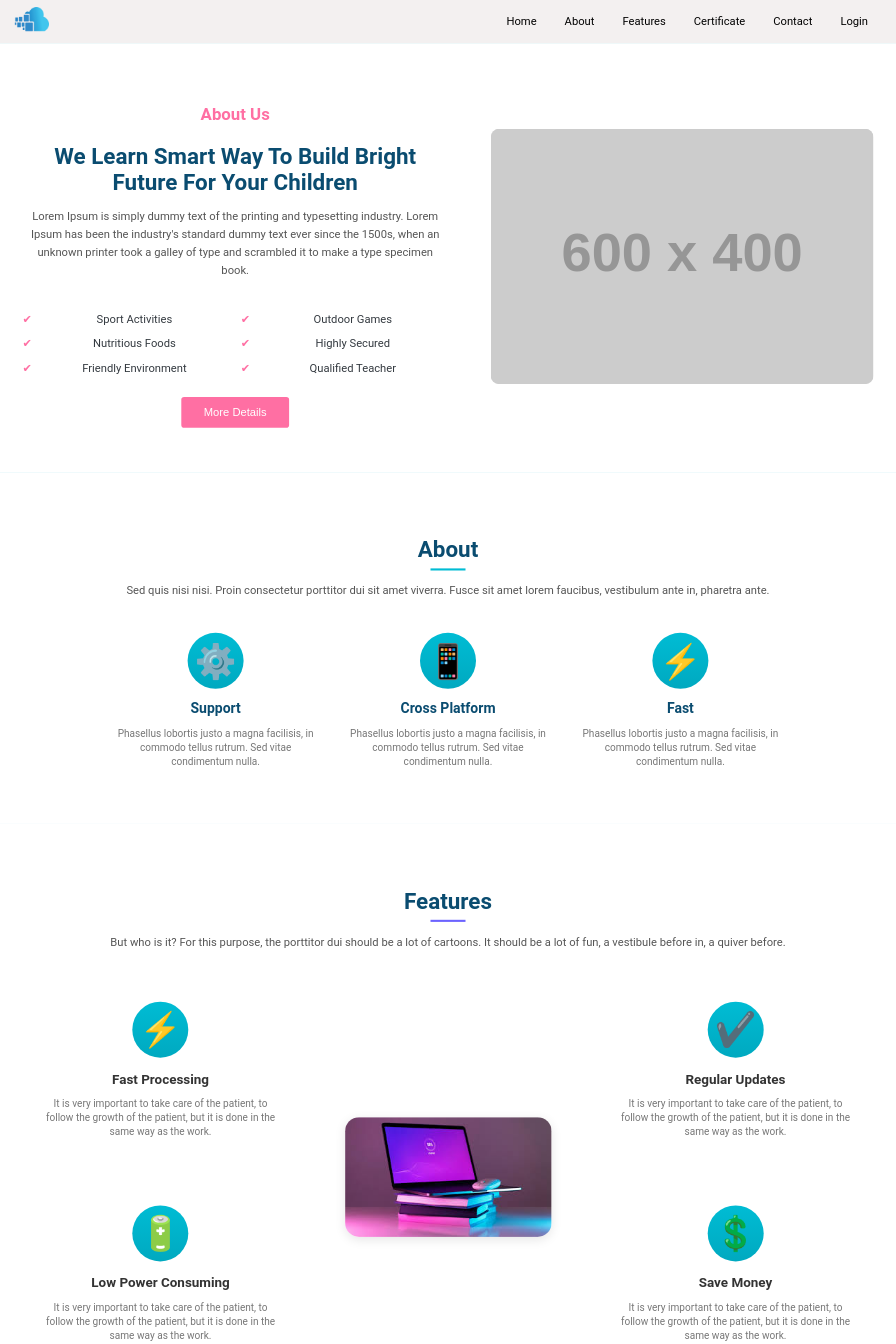
Repository: gautamsonam011/Institute
Page: /
The author's editor kept a copy of each file at every save. The page is drawn from the files as they stood at one save, then again after the next save.
The browser window is 1280 px wide. The pictures show the part of the page from y = 0 to 1920 px (the page is 3549 px tall before and 3497 px after), at 70% of full size.
The project was rebuilt for these pictures with package versions that can differ from the ones it lists, and the page was loaded fresh each time. Also part of the build but not shown: vite.config.js, src/Header.jsx, src/Sidebar.jsx, src/Home.jsx, src/students/Addstudent.jsx, src/students/allstudent.css, src/students/Allstudents.jsx, src/Fee management/feehead.css and 9 more.

Above is the page before, as saved 2024-11-28 10:45:41.

### src/components/Last.jsx
import React from 'react'
import Navbar from './Navbar';
import Main from './Main';
import About from './About';
import Features from './Features';
import Team from './Team';
import Contact from './Contact'
import Footer from './Footer';

const Last = () => {
  return (
    <div>
      <Navbar/>
      <Main/>
      <About/>
      <Features/>
      <Team/>
      <Contact/>
      <Footer/>
    </div>
  )
}

export default Last

### src/students/addstudent.css
.form-container {
    width: 96%;
    margin: auto;
    padding: 20px;
    border: 1px solid #ccc;
    border-radius: 10px;
    background-color: #e0f7fa;
    box-shadow: 0 4px 10px rgba(0, 0, 0, 0.1);
  }

  h2 {
    color: #047d8d;
    text-align: center;
    margin-bottom: 20px;
    font-size: 1.5rem;
  }

  .form-group {
    margin-bottom: 20px;
  }

  label {
    display: block;
    font-weight: bold;
    color: #047d8d;
    margin-bottom: 5px;
  }

  input, select, textarea {
    width: 98%;
    padding: 12px;
    margin-top: 5px;
    border: 1px solid #b0bec5;
    border-radius: 4px;
    font-size: 1rem;
    transition: border-color 0.3s;
  }

  input:focus, select:focus, textarea:focus {
    border-color: #047d8d;
    outline: none;
  }

  button {
    padding: 10px 20px;
    background-color: #047d8d;
    color: white;
    border: none;
    cursor: pointer;
    font-size: 16px;
  }

  button:active {
    background-color: #64bdc9;;
  }

### src/components/Main.jsx
import React from "react";
import "./main.css";

const AboutSection = () => {
  return (
    <div className="about-section">
      <div className="about-content">
        <h3 className="about-heading">About Us</h3>
        <h2 className="about-title">
          We Learn Smart Way To Build Bright Future For Your Children
        </h2>
        <p className="about-description">
          Lorem Ipsum is simply dummy text of the printing and typesetting
          industry. Lorem Ipsum has been the industry's standard dummy text
          ever since the 1500s, when an unknown printer took a galley of type
          and scrambled it to make a type specimen book.
        </p>
        <ul className="about-list">
          <li>Sport Activities</li>
          <li>Outdoor Games</li>
          <li>Nutritious Foods</li>
          <li>Highly Secured</li>
          <li>Friendly Environment</li>
          <li>Qualified Teacher</li>
        </ul>
        <button className="about-button">More Details</button>
      </div>
      <div className="about-image-container">
        <img
          src="https://via.placeholder.com/600x400" /* Replace with actual image URL */
          alt="Children learning"
          className="about-image"
        />
      </div>
    </div>
  );
};

export default AboutSection;

### src/components/About.jsx
import React from "react";
import "./about.css";

const About = () => {
  return (
    <section className="about-section" id="about">
      <div className="about-container">
        <h2 className="about-title">About</h2>
        <hr className="about-divider" />
        <p className="about-description">
          Sed quis nisi nisi. Proin consectetur porttitor dui sit amet viverra.
          Fusce sit amet lorem faucibus, vestibulum ante in, pharetra ante.
        </p>
        <div className="about-features">
          <div className="feature">
            <div className="feature-icon support-icon"></div>
            <h3>Support</h3>
            <p>
              Phasellus lobortis justo a magna facilisis, in commodo tellus
              rutrum. Sed vitae condimentum nulla.
            </p>
          </div>
          <div className="feature">
            <div className="feature-icon cross-platform-icon"></div>
            <h3>Cross Platform</h3>
            <p>
              Phasellus lobortis justo a magna facilisis, in commodo tellus
              rutrum. Sed vitae condimentum nulla.
            </p>
          </div>
          <div className="feature">
            <div className="feature-icon fast-icon"></div>
            <h3>Fast</h3>
            <p>
              Phasellus lobortis justo a magna facilisis, in commodo tellus
              rutrum. Sed vitae condimentum nulla.
            </p>
          </div>
        </div>
      </div>
    </section>
  );
};

export default About;

### src/components/Team.jsx
import React from "react";
import "./team.css";
import user1 from '../assets/user1.jpg';
import user2 from '../assets/user2.jpg';
import user3 from '../assets/user3.jpg'

const OurTeam = () => {
  const teamMembers = [
    {
      name: "Jane Doe",
      image: user1, // Replace with the correct image path
      title: "Web Developer",
    },
    {
      name: "John Smith",
      image: user2, // Replace with the correct image path
      title: "UI/UX Designer",
    },
    {
      name: "Mike Johnson",
      image: user3, // Replace with the correct image path
      title: "Project Manager",
    },
  ];

  return (
    <section className="our-team">
      <div className="container">
        <h2 className="team-heading">Our Team</h2>
        <p className="team-description">
          Sed quis nisi nisi. Proin consectetur porttitor dui sit amet viverra. Fusce sit amet lorem faucibus, vestibulum ante in, pharetra ante.
        </p>
        <div className="team-members">
          {teamMembers.map((member, index) => (
            <div key={index} className="team-member">
              <img
                src={member.image}
                alt={member.name}
                className="team-member-img"
              />
              <h3 className="member-name">{member.name}</h3>
              <p className="member-title">{member.title}</p>
            </div>
          ))}
        </div>
      </div>
    </section>
  );
};

export default OurTeam;

### src/components/Contact.jsx
import React from "react";
import "./contact.css";

const ContactUs = () => {
  return (
    <section className="contact-us" id="contact">
      <div className="container">
        <h2 className="contact-heading">Contact us</h2>
        <p className="contact-description">
          Sed quis nisi nisi. Proin consectetur porttitor dui sit amet viverra. Fusce sit amet lorem faucibus, vestibulum ante in, pharetra ante.
        </p>
        <div className="contact-content">
          {/* Left: Contact Form */}
          <form className="contact-form">
            <div className="form-row">
              <input
                type="text"
                placeholder="Full Name"
                className="form-input"
              />
              <input type="email" placeholder="Email" className="form-input" />
            </div>
            <div className="form-row">
              <input type="text" placeholder="Subject" className="form-input" />
            </div>
            <div className="form-row">
              <textarea
                placeholder="Message"
                className="form-textarea"
              ></textarea>
            </div>
            <button type="submit" className="form-submit">
              SUBMIT
            </button>
          </form>
          {/* Right: Contact Info */}
          <div className="contact-info">
            <div className="info-box">
              <p>
                <strong>ADDRESS</strong>
                <br />
                New Delhi, India
              </p>
            </div>
            <div className="info-box">
              <p>
                <strong>PHONE</strong>
                <br />
                009900990099
              </p>
            </div>
            <div className="info-box">
              <p>
                <strong>E-MAIL</strong>
                <br />
                yogesh@gmail.com
              </p>
            </div>
            <div className="info-box">
              <p>
                <strong>WORKING HOURS</strong>
                <br />
                Mon-Fri 9.00 AM to 5.00 PM
              </p>
            </div>
          </div>
        </div>
      </div>
    </section>
  );
};

export default ContactUs;

### src/components/Footer.jsx
import React from "react";
import "./footer.css";

const Footer = () => {
  return (
    <footer className="footer">
      <div className="container">
        <div className="footer-content">
          {/* About Section */}
          <div className="footer-section">
            <h3>About Us</h3>
            <p>
              We provide excellent training services and certifications. Our goal is to help you grow professionally and achieve your career goals.
            </p>
          </div>
          {/* Quick Links */}
          <div className="footer-section">
            <h3>Quick Links</h3>
            <ul className="footer-links">
              <li><a href="#home">Home</a></li>
              <li><a href="#about">About</a></li>
              <li><a href="#features">Features</a></li>
              <li><a href="#contact">Contact</a></li>
            </ul>
          </div>
          {/* Contact Info */}
          <div className="footer-section">
            <h3>Contact Us</h3>
            <p>New Delhi, India</p>
            <p>Phone: 009900990099</p>
            <p>Email: info@example.com</p>
          </div>
        </div>
        {/* Social Media */}
        <div className="footer-social">
          <a href="#" className="social-icon">
            <i className="fab fa-facebook-f"></i>
          </a>
          <a href="#" className="social-icon">
            <i className="fab fa-twitter"></i>
          </a>
          <a href="#" className="social-icon">
            <i className="fab fa-instagram"></i>
          </a>
          <a href="#" className="social-icon">
            <i className="fab fa-linkedin-in"></i>
          </a>
        </div>
        {/* Footer Bottom */}
        <div className="footer-bottom">
          <p>© 2024 Your Company. All Rights Reserved.</p>
        </div>
      </div>
    </footer>
  );
};

export default Footer;

### src/components/navbar.css
/* Navbar styles */
.navbar {
  display: flex;
  justify-content: space-between;
  align-items: center;
  padding: 10px 20px;
  background-color: #f3f0f0;
}

.navbar .logo img {
  width: 50px;
}

.navbar .nav-links {
  display: flex;
  gap: 20px;
}

.navbar .nav-links ul {
  list-style: none;
  margin: 0;
  padding: 0;
  display: flex;
}

.navbar .nav-links li a {
  color: rgb(2, 2, 2);
  text-decoration: none;
  padding: 10px 20px;
}

.navbar .hamburger {
  display: none;
  cursor: pointer;
}

.navbar .hamburger .bar {
  width: 25px;
  height: 4px;
  background-color: rgb(14, 13, 13);
  margin: 5px;
  transition: all 0.3s;
}

/* Show the hamburger icon on small screens */
@media (max-width: 768px) {
  .navbar .nav-links {
    display: none;
    width: 100%;
    flex-direction: column;
    align-items: center;
    position: absolute;
    top: 60px;
    left: 0;
    background-color: #333;
    z-index: 100;
  }

  .navbar .nav-links.active {
    display: flex;
  }

  .navbar .hamburger {
    display: block;
  }

  .navbar .hamburger.active .bar:nth-child(1) {
    transform: rotate(45deg);
    position: relative;
    top: 9px;
  }

  .navbar .hamburger.active .bar:nth-child(2) {
    opacity: 0;
  }

  .navbar .hamburger.active .bar:nth-child(3) {
    transform: rotate(-45deg);
    position: relative;
    top: -9px;
  }
}

### src/components/main.css
/* About Section Styling */
.about-section {
  display: flex;
  align-items: center;
  justify-content: space-between;
  gap: 2rem;
  padding: 3rem;
  background-color: #fefefe;
  flex-wrap: wrap; /* Makes it responsive */
}

.about-content {
  max-width: 50%;
}

.about-heading {
  color: #ff6fa3;
  font-size: 1.5rem;
  font-weight: 600;
  margin-bottom: 1rem;
}

.about-title {
  font-size: 2.5rem;
  font-weight: 700;
  margin-bottom: 1.5rem;
  color: #343a40;
}

.about-description {
  font-size: 1rem;
  line-height: 1.8;
  margin-bottom: 1.5rem;
  color: #555;
}

.about-list {
  display: grid;
  grid-template-columns: repeat(2, 1fr);
  gap: 1rem;
  margin-bottom: 2rem;
  list-style: none;
  padding: 0;
}

.about-list li {
  font-size: 1rem;
  color: #343a40;
  position: relative;
  padding-left: 1.5rem;
}

.about-list li::before {
  content: "✔";
  position: absolute;
  left: 0;
  color: #ff6fa3;
}

.about-button {
  background-color: #ff6fa3;
  color: white;
  border: none;
  border-radius: 4px;
  padding: 0.8rem 2rem;
  font-size: 1rem;
  cursor: pointer;
}

.about-image-container {
  position: relative;
  max-width: 45%;
}

.about-image {
  width: 100%;
  border-radius: 12px;
}

/* .play-button {
  position: absolute;
  top: 50%;
  left: 50%;
  transform: translate(-50%, -50%);
  background-color: rgba(255, 255, 255, 0.8);
  border-radius: 50%;
  width: 70px;
  height: 70px;
  display: flex;
  align-items: center;
  justify-content: center;
  font-size: 1.5rem;
  color: #ff6fa3;
  cursor: pointer;
} */

/* Responsive Design */
@media (max-width: 768px) {
  .about-section {
    flex-direction: column;
    text-align: center;
    padding: 1.5rem;
  }

  .about-content {
    max-width: 100%;
  }

  .about-image-container {
    max-width: 100%;
  }
}

### src/components/about.css
.about-section {
    padding: 4rem 2rem;
    text-align: center;
    background-color: white;
  }

  .about-container {
    max-width: 1200px;
    margin: 0 auto;
  }

  .about-title {
    font-size: 2rem;
    color: #0a4c70;
    font-weight: bold;
    margin-bottom: 0.5rem;
  }

  .about-divider {
    width: 50px;
    height: 3px;
    background-color: #00bcd4;
    border: none;
    margin: 0.5rem auto;
  }

  .about-description {
    font-size: 1rem;
    color: #555;
    margin: 1rem 0 3rem;
    line-height: 1.6;
  }

  .about-features {
    display: flex;
    justify-content: center;
    gap: 2rem;
    flex-wrap: wrap;
  }

  .feature {
    text-align: center;
    max-width: 300px;
  }

  .feature-icon {
    width: 80px;
    height: 80px;
    margin: 0 auto 1rem;
    border-radius: 50%;
    background: linear-gradient(to bottom, #00bcd4, #00a9c0);
    display: flex;
    justify-content: center;
    align-items: center;
    font-size: 2rem;
    color: white;
    transition: transform 0.3s ease, background-color 0.3s ease;
  }

  .feature-icon:hover {
    transform: scale(1.2); /* Enlarges the icon on hover */
    background: linear-gradient(to bottom, #00a9c0, #00bcd4); /* Reverses the gradient */
    cursor: pointer;
  }

  .support-icon::before {
    content: "⚙️"; /* Replace with an actual image or icon if desired */
  }

  .cross-platform-icon::before {
    content: "📱"; /* Replace with an actual image or icon if desired */
  }

  .fast-icon::before {
    content: "⚡"; /* Replace with an actual image or icon if desired */
  }

  .feature h3 {
    font-size: 1.25rem;
    color: #0a4c70;
    margin: 0.5rem 0;
  }

  .feature p {
    font-size: 0.9rem;
    color: #777;
    line-height: 1.4;
  }

### src/components/features.css
.features-section {
    padding: 4rem 2rem;
    text-align: center;
    background-color: white;
  }

  .features-container {
    max-width: 1200px;
    margin: 0 auto;
  }

  .features-title {
    font-size: 2rem;
    color: #0a4c70;
    font-weight: bold;
    margin-bottom: 0.5rem;
  }

  .features-divider {
    width: 50px;
    height: 3px;
    background-color: #6c63ff;
    margin: 0.5rem auto 1rem;
  }

  .features-description {
    font-size: 1rem;
    color: #555;
    margin-bottom: 3rem;
    line-height: 1.6;
  }

  .features-content {
    display: flex;
    align-items: center;
    justify-content: space-between;
    gap: 2rem;
  }

  .features-column {
    display: flex;
    flex-direction: column;
    gap: 2rem;
    flex: 1;
  }

  .feature-card {
    text-align: center;
    padding: 1.5rem;
    /* border: 1px solid #ddd; */
    /* border-radius: 10px;
    background: #f9f9f9; */
    transition: transform 0.3s ease, box-shadow 0.3s ease;
  }

  .feature-card:hover {
    transform: translateY(-10px);
    box-shadow: 0 8px 20px rgba(0, 0, 0, 0.15);
  }

  .feature-icon {
    font-size: 3rem;
    color: #6c63ff;
    margin-bottom: 1rem;
  }

  .feature-title {
    font-size: 1.2rem;
    color: #333;
    font-weight: bold;
    margin-bottom: 0.5rem;
  }

  .feature-description {
    font-size: 0.9rem;
    color: #777;
    line-height: 1.4;
  }

  .features-image {
    flex: 1;
    display: flex;
    justify-content: center;
    align-items: center;
  }

  .features-image img {
    max-width: 100%;
    height: auto;
    border-radius: 20px;
    box-shadow: 0 4px 15px rgba(0, 0, 0, 0.1);
  }

### src/components/team.css
.our-team {
    text-align: center;
    padding: 50px 20px;
    background-color: #f9f9f9;
  }

  .team-heading {
    font-size: 2rem;
    color: #0a4c70;
    font-weight: bold;
    margin-bottom: 20px;
  }

  .team-description {
    color: #555;
    font-size: 1rem;
    margin-bottom: 40px;
  }

  .team-members {
    display: flex;
    justify-content: center;
    gap: 60px; /* Increased gap between images */
    flex-wrap: wrap;
  }

  .team-member {
    max-width: 250px; /* Allows for a larger size */
    text-align: center;
  }

  .team-member-img {
    width: 150px; /* Larger circle size */
    height: 150px; /* Match width for a perfect circle */
    border-radius: 50%;
    object-fit: cover;
    margin-bottom: 15px;
    border: 3px solid #ddd; /* Optional: Add a border for better appearance */
  }

  .member-name {
    font-size: 1rem;
    font-weight: bold;
    color: #333;
    margin-top: 10px;
  }

  .member-title {
    font-size: 0.9rem;
    color: #777;
  }

### src/components/contact.css
.contact-us {
    text-align: center;
    padding: 70px 40px;
    background-color: #f9f9f9;
  }

  .contact-heading {
    font-size: 2rem;
    color: #0a4c70;
    font-weight: bold;
    margin-bottom: 10px;
  }

  .contact-description {
    color: #555;
    font-size: 1rem;
    margin-bottom: 40px;
  }

  .contact-content {
    display: flex;
    justify-content: space-between;
    gap: 20px;
    flex-wrap: wrap;
    max-width: 1200px; /* Restrict max width */
    margin: 0 auto; /* Center content horizontally */
  }

  .contact-form {
    flex: 1;
    max-width: 60%;
  }

  .contact-info {
    flex: 1;
    max-width: 30%;
    background: #e0f7fa;
    padding: 20px;
    border-radius: 10px;
  }

  .form-row {
    display: flex;
    gap: 10px;
    margin-bottom: 15px;
  }

  .form-input {
    width: 100%;
    padding: 10px;
    border: 1px solid #ddd;
    border-radius: 25px;
  }

  .form-textarea {
    width: 100%;
    padding: 10px;
    height: 100px;
    border: 1px solid #ddd;
    border-radius: 5px;
  }

  .form-submit {
    width: 100%;
    padding: 10px;
    background: #0a4c70;
    color: white;
    border: none;
    border-radius: 5px;
    cursor: pointer;
    font-weight: bold;
  }

  .info-box {
    text-align: left;
    margin-bottom: 15px;
  }

  .info-box p {
    margin: 0;
    color: #333;
  }

  .info-box strong {
    display: block;
    margin-bottom: 5px;
    color: #0a4c70;
  }

### src/components/footer.css
.footer {
    background-color: #0a4c70;
    color: white;
    padding: 40px 20px;
    text-align: center;
  }

  .container {
    max-width: 1200px;
    margin: 0 auto;
  }

  .footer-content {
    display: flex;
    justify-content: space-between;
    flex-wrap: wrap;
    margin-bottom: 20px;
  }

  .footer-section {
    flex: 1;
    min-width: 200px;
    margin: 10px;
  }

  .footer-section h3 {
    font-size: 1.2rem;
    margin-bottom: 10px;
    color: #e0f7fa;
  }

  .footer-section p,
  .footer-section a {
    font-size: 0.9rem;
    color: white;
    line-height: 1.6;
  }

  .footer-section a {
    text-decoration: none;
    color: #e0f7fa;
  }

  .footer-section a:hover {
    text-decoration: underline;
  }

  .footer-links {
    list-style: none;
    padding: 0;
  }

  .footer-links li {
    margin-bottom: 8px;
  }

  .footer-links a {
    color: white;
    text-decoration: none;
  }

  .footer-links a:hover {
    text-decoration: underline;
  }

  .footer-social {
    margin: 20px 0;
  }

  .social-icon {
    margin: 0 10px;
    font-size: 1.2rem;
    color: white;
    text-decoration: none;
  }

  .social-icon:hover {
    color: #e0f7fa;
  }

  .footer-bottom {
    border-top: 1px solid #e0f7fa;
    padding-top: 10px;
    font-size: 0.8rem;
    color: #e0f7fa;
  }

Loaded but not shown: index.html (common file); src/main.jsx (common file); src/App.css (268 lines, source omitted); src/components/Navbar.jsx (119 lines, source omitted); src/App.jsx (72 lines, source omitted); src/components/Features.jsx (77 lines, source omitted)

After the next save:
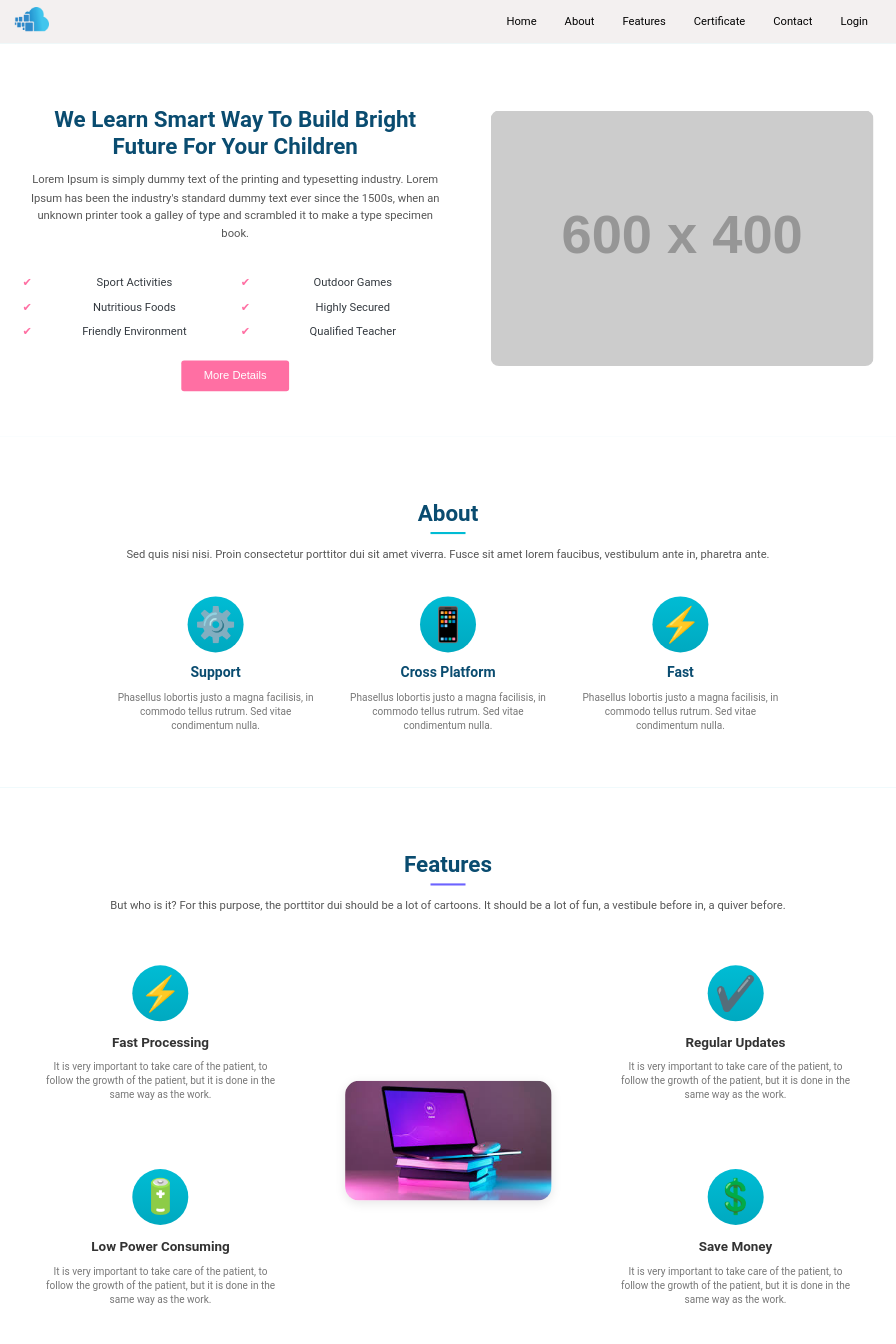
Saved 69 s later.
--- a/src/components/Main.jsx
+++ b/src/components/Main.jsx
@@ -5,7 +5,7 @@ const AboutSection = () => {
   return (
     <div className="about-section">
       <div className="about-content">
-        <h3 className="about-heading">About Us</h3>
+        {/* <h3 className="about-heading"></h3> */}
         <h2 className="about-title">
           We Learn Smart Way To Build Bright Future For Your Children
         </h2>
